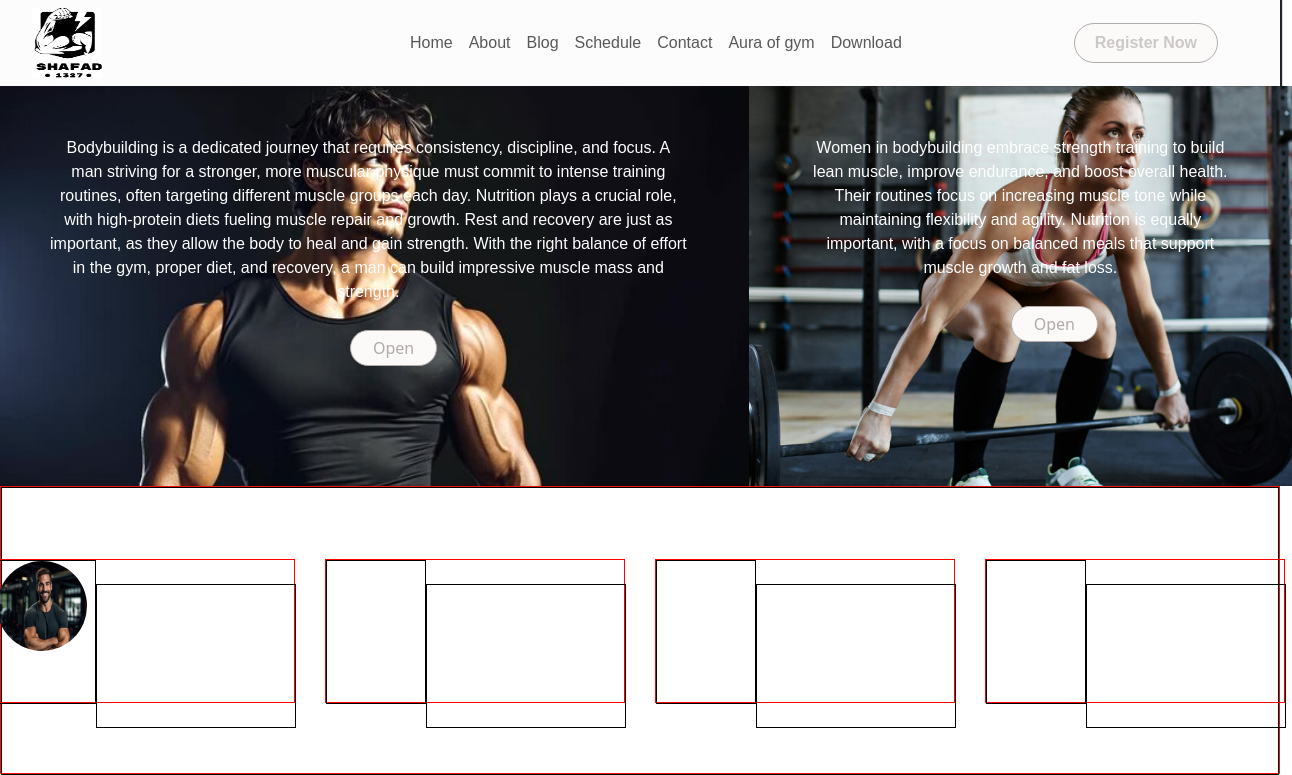
Repository: Daud-shafad/gymwebsite
Page: bootstrap-5.3.3-dist/bootstrap-5.3.3-dist/gym.html
These files come from the project's save history. The page is drawn as it stood at one moment and after the next save; the edit follows.
The browser window is 1280 px wide. The page is 1292 px wide, so the pictures cover 1292 px, including what lies to the right of the window. The pictures show the whole page.

Above is the page before, as saved 2024-12-28 14:44:38.

### bootstrap-5.3.3-dist/bootstrap-5.3.3-dist/gym.html
<!DOCTYPE html>
<html lang="en">
<head>
    <title>GYM WEBSITE</title>
    <meta charset="UTF-8">
    <meta name="viewport" content="width=device-width, initial-scale=1.0">
    <meta name="author" content="Daud_Shafad">
    <meta name="Description" content="This gym website front-end part">
    <meta name="keyword" content="html, css, bootstrap, front-end, gym, website">
    <link rel="stylesheet" href="gym.css">
    <link rel="stylesheet" href="css/bootstrap.css">


</head>
<body>

    <nav class="navbar navbar-expand-lg" style="background-color: rgb(253, 252, 252); box-shadow: 1px -1px 1px 1px">
        <div class="container-fluid">
          <img src="power.png" style="width: 70px;
          height: 70px; margin-left: 20px;" >
          <button class="navbar-toggler" type="button" data-bs-toggle="collapse" data-bs-target="#navbarSupportedContent" aria-controls="navbarSupportedContent" aria-expanded="false" aria-label="Toggle navigation">
            <span class="navbar-toggler-icon"></span>
          </button>
          <div class="collapse navbar-collapse" id="navbarSupportedContent" style="font-family: sans-serif;">
            <ul class="navbar-nav me-auto mb-2 mb-lg-0" style="margin-left: 300px;">
              <li class="nav-item" >
                <a class="nav-link" aria-current="page" href="#">Home</a>
              </li>
              <li class="nav-item" >
                <a class="nav-link" href="#">About</a>
              </li>
              <li class="nav-item">
                <a class="nav-link" href="#">Blog</a>
              </li>
              <li class="nav-item">
                <a class="nav-link" aria-disabled="false">Schedule</a>
              </li>
              <li class="nav-item">
                <a class="nav-link" aria-disabled="false">Contact</a>
              </li>
              <li class="nav-item">
                <a class="nav-link" aria-disabled="false">Aura of gym</a>
              </li>
              <li class="nav-item">
                <a class="nav-link" aria-disabled="false">Download</a>
              </li>
              </ul>
           <button class="btn-register">
            Register Now
           </button>
          </div>
        </div>
      </nav>

      <div class="row">
        <div class="col-7">
          <p class="p-man-bodybuilding">Bodybuilding is a dedicated journey that requires consistency, discipline, and focus. A man striving for a stronger, more muscular physique must commit to intense training routines, often targeting different muscle groups each day. Nutrition plays a crucial role, with high-protein diets fueling muscle repair and growth. Rest and recovery are just as important, as they allow the body to heal and gain strength. With the right balance of effort in the gym, proper diet, and recovery, a man can build impressive muscle mass and strength.</p>
          <button class="btn-open-1">Open</button>
        </div>
        <div class="col-5">
        <p class="p-women-bodybuilding">Women in bodybuilding embrace strength training to build lean muscle, improve endurance, and boost overall health. Their routines focus on increasing muscle tone while maintaining flexibility and agility. Nutrition is equally important, with a focus on balanced meals that support muscle growth and fat loss.</p>
        <button class="btn-open-2">Open</button>
    </div>
      </div>

    <section class="section-1">
     <div class="managers-part">
       <div class="part-1">
       <div class="image-1-part">
        <img src="Trainer1.jpg" alt="Trainer1" style="width: 90px; height:
        90px; border-radius: 50%;">
       </div>
       <div class="info-1-part">

       </div>
       </div>

       <div class="part-2">
       <div class="image-2-part">

       </div>

       <div class="info-2-part">

       </div>
       </div>

       <div class="part-3">
        <div class="image-3-part">

        </div>

        <div class="info-3-part">

        </div>
       </div>

       <div class="part-4">
        <div class="image-4-part">

        </div>

        <div class="info-4-part">

        </div>
       </div>
     </div>

    </section>



    <script src="js/bootstrap.js"></script>


</body>
</html>

### bootstrap-5.3.3-dist/bootstrap-5.3.3-dist/gym.css
*{
    margin:0;
    padding: 0;
}

.btn-register{
    background-color: rgb(252, 249, 249);
    padding: 7px 20px 7px 20px;
    border: 1px solid rgb(177, 171, 171);
    cursor: pointer;
    border-radius: 25px;
    margin-right: 50px;
    font-family: sans-serif;
    font-size: 16px;
    font-weight: 600;
    color: rgb(204, 200, 200);
    text-transform: capitalize;
    transition: all 2s;
}

.btn-register:hover{
   background-color: rgb(177, 171, 171);
   color: rgb(252, 249, 249);
   border: rgb(252, 249, 249);
   letter-spacing: 2px;
   box-shadow: 2px 1px 2px 2px;

}

#navbarSupportedContent:hover{
    letter-spacing: 1px;
    color: black;
    cursor: pointer;
    transition: all 2s;
}

.row .col-7{

    background: url(Trainer3.jpg);
    background-position: center;
    background-size: cover;
    background-repeat: no-repeat;
    height: 400px;

}

.row .col-7 .p-man-bodybuilding{
    font-family: sans-serif;
    font-size: 16px;
    font-weight: 400;
    text-align: center;
    padding: 50px;
    color: white;
}

.row .col-7 .btn-open-1{
   background-color: rgb(252, 249, 249);
   color: rgb(177, 171, 171);
   border: 1px solid rgb(177, 171, 171);
   cursor: pointer;
   border-radius: 25px;
   padding: 5px 22px 5px 22px;
   margin: -40px 50px 50px 350px;
   vertical-align: top;
   transition: all 2s;
}

.row .col-7 .btn-open-1:hover{
    background-color: rgb(177, 171, 171);
    color: rgb(252, 249, 249);
    border: rgb(252, 249, 249);
    letter-spacing: 2px;
    box-shadow: 2px 1px 2px 2px;
}

.row .col-5{
    background: url(Photowomen2.jpg);
    background-position: center;
    background-size: cover;
    background-repeat: no-repeat;
    height: 400px;


}

.row .col-5 .p-women-bodybuilding{
    font-family: sans-serif;
    font-size: 16px;
    font-weight: 400;
    text-align: center;
    padding: 50px;
    color: white;
}

.row .col-5 .btn-open-2{
    background-color: rgb(252, 249, 249);
    color: rgb(177, 171, 171);
    border: 1px solid rgb(177, 171, 171);
    cursor: pointer;
    border-radius: 25px;
    padding: 5px 22px 5px 22px;
    margin: -40px 50px 50px 250px;
    vertical-align: top;
    transition: all 2s;
 }

 .row .col-5 .btn-open-2:hover{
     background-color: rgb(177, 171, 171);
     color: rgb(252, 249, 249);
     border: rgb(252, 249, 249);
     letter-spacing: 2px;
     box-shadow: 2px 1px 2px 2px;
 }

 .section-1{
    display: block;
    position: relative;
    width: 100%;
    height: 40vh;
    border: 1px solid rgb(243, 14, 14);
 }
 .section-1 .managers-part{
    display: flex;
    position: absolute;
    flex-direction: row;
    gap: 30px;
    align-items: center;
    justify-content: center;
    width: 100%;
    height: 40vh;
    border: 1px solid black;
 }

 .section-1 .managers-part .part-1{
    width: 300px;
    height: 20vh;
    border: 1px solid red;
    cursor: pointer
 }

 .section-1 .managers-part .part-1 .image-1-part{
    width: 100px;
    height: 20vh;
    border: 1px solid black;
}

.section-1 .managers-part .part-1 .info-1-part{
    width: 200px;
    height: 20vh;
    margin-left: 100px;
    margin-top: -120px;
    border: 1px solid black;
}

 .section-1 .managers-part .part-2{
    width: 300px;
    height: 20vh;
    border: 1px solid red;
    cursor: pointer
 }

 .section-1 .managers-part .part-2 .image-2-part{
    width: 100px;
    height: 20vh;
    border: 1px solid black;
}

.section-1 .managers-part .part-2 .info-2-part{
    width: 200px;
    height: 20vh;
    margin-left: 100px;
    margin-top: -120px;
    border: 1px solid black;
}

 .section-1 .managers-part .part-3{
    width: 300px;
    height: 20vh;
    border: 1px solid red;
    cursor: pointer
 }

 .section-1 .managers-part .part-3 .image-3-part{
    width: 100px;
    height: 20vh;
    border: 1px solid black;
}

.section-1 .managers-part .part-3 .info-3-part{
    width: 200px;
    height: 20vh;
    margin-left: 100px;
    margin-top: -120px;
    border: 1px solid black;
}

 .section-1 .managers-part .part-4{
    width: 300px;
    height: 20vh;
    border: 1px solid red;
    cursor: pointer
 }

 .section-1 .managers-part .part-4 .image-4-part{
    width: 100px;
    height: 20vh;
    border: 1px solid black;
}

.section-1 .managers-part .part-4 .info-4-part{
    width: 200px;
    height: 20vh;
    margin-left: 100px;
    margin-top: -120px;
    border: 1px solid black;
}

Loaded but not shown: bootstrap-5.3.3-dist/bootstrap-5.3.3-dist/css/bootstrap.css (library); bootstrap-5.3.3-dist/bootstrap-5.3.3-dist/js/bootstrap.js (library)

After the next save:
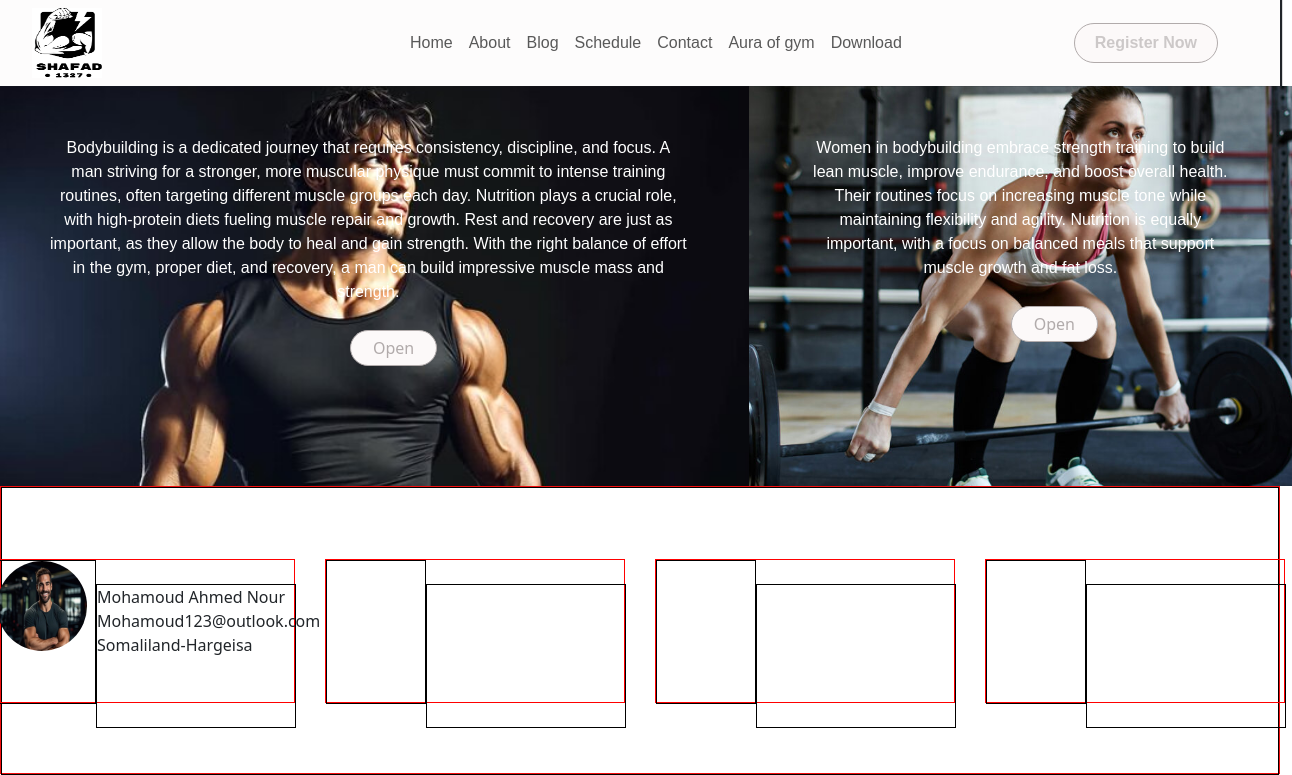
Saved 4 min 57 s later.
--- a/bootstrap-5.3.3-dist/bootstrap-5.3.3-dist/gym.html
+++ b/bootstrap-5.3.3-dist/bootstrap-5.3.3-dist/gym.html
@@ -71,7 +71,9 @@
         90px; border-radius: 50%;">
        </div>
        <div class="info-1-part">
-
+        <i class="fa-solid fa-signature"></i> Mohamoud Ahmed Nour
+        <i class="fa-solid fa-envelope"></i> Mohamoud123@outlook.com
+        <i class="fa-solid fa-location-dot"></i>Somaliland-Hargeisa
        </div>
        </div>
 
